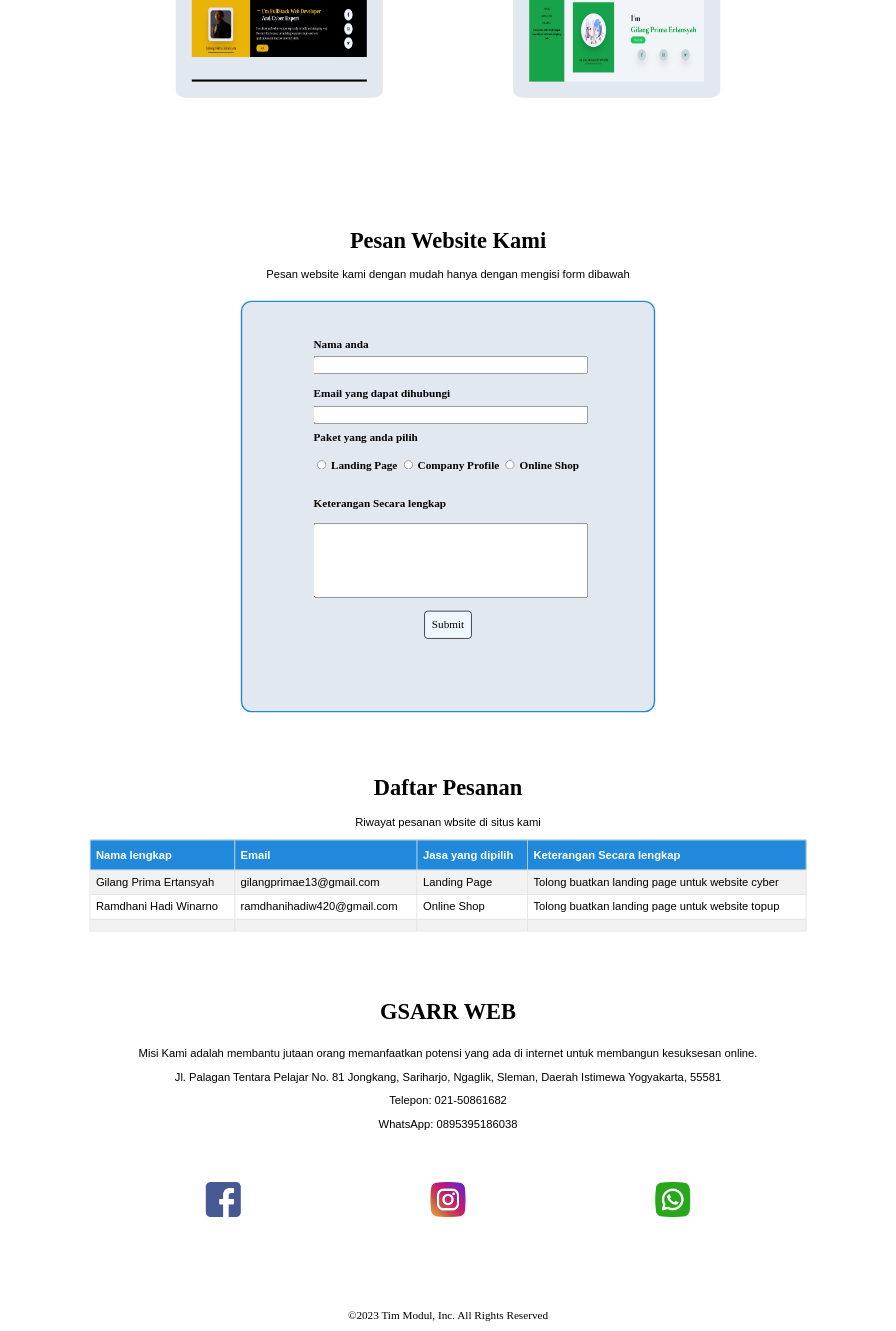
Repository: zecht12/TimModul
Page: TimModul.html
An editor plug-in stored every save of this project. The page is shown before and after the next save, followed by the edit.
The browser window is 1280 px wide. The pictures show the part of the page from y = 2581 to 4501 px (the page is 4482 px tall before and 4501 px after), at 70% of full size.

Above is the page before, as saved 2023-04-27 19:22:59.

After the next save:
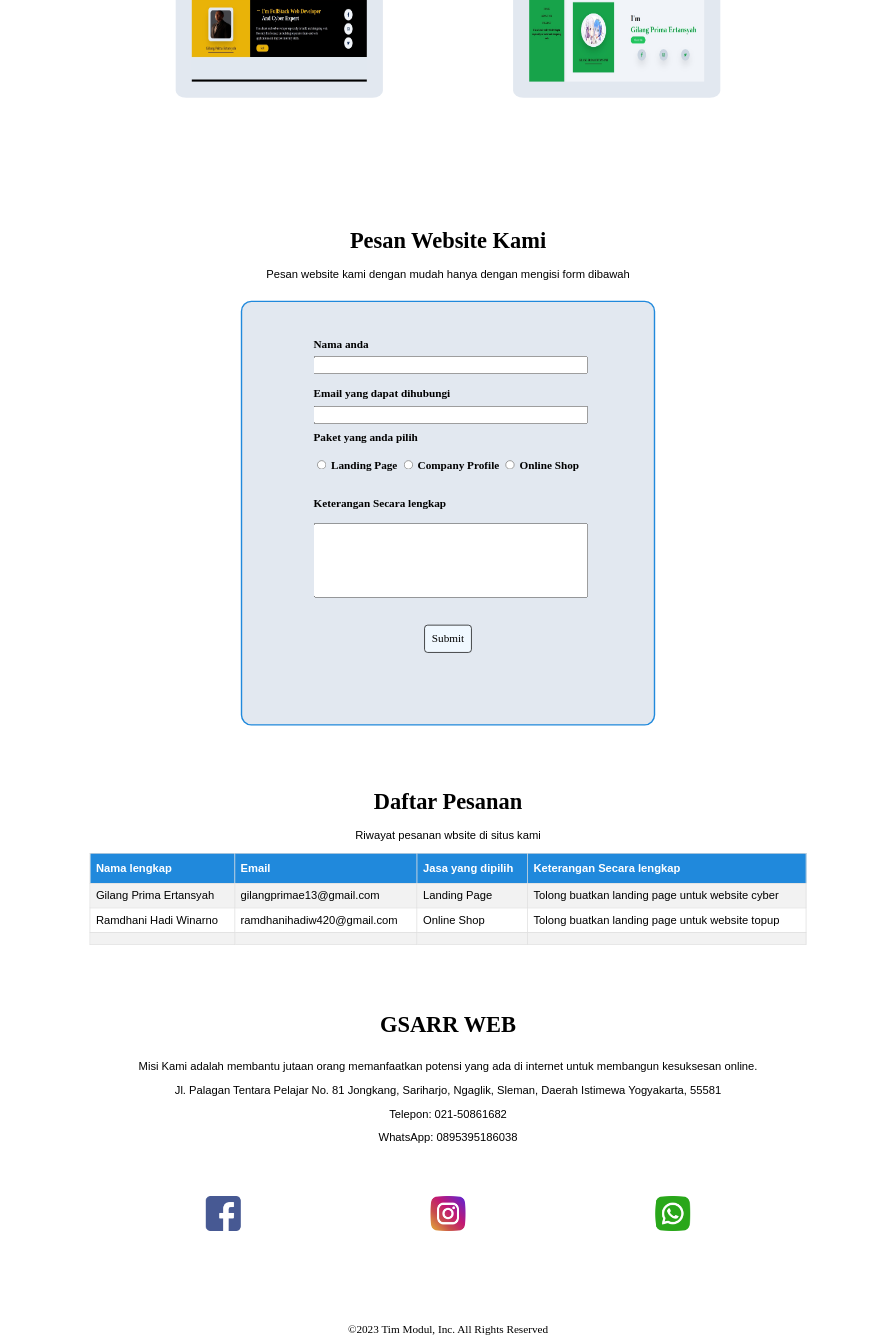
Saved 7 s later.
--- a/TimModul.html
+++ b/TimModul.html
@@ -231,7 +231,7 @@
 
                 <div>
                     <p style="color: black; font-weight: bold; padding-bottom: 1%;">Keterangan Secara lengkap</p>
-                    <input type="text" id="Keterangan" name="Keterangan" class="Keterangan" style="width: 100%; height: 100px; margin-bottom: 5%; ">
+                    <input type="text" id="Keterangan" name="Keterangan" class="Keterangan" style="width: 100%; height: 100px; margin-bottom: 10%; ">
                 </div>
 
                 <div style="display: flex; justify-content: center; align-items: center;">
